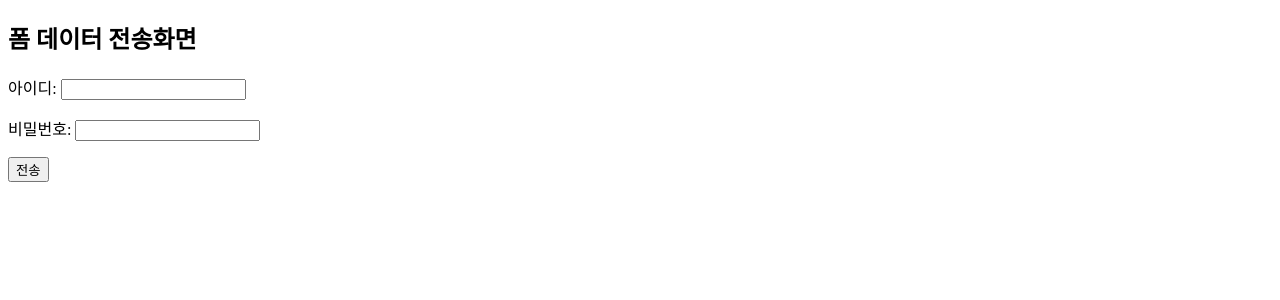
Repository: jihyeon00/java_web_sol
Page: http://localhost/jspweb_07/form_login.jsp
An editor plug-in stored every save of this project. The page is shown before and after the next save, followed by the edit.
The browser window is 1280 px wide. The pictures show the whole page.
The page is served by Tomcat 9.

Above is the page before, as saved 2024-01-11 01:49:56.

After the next save:
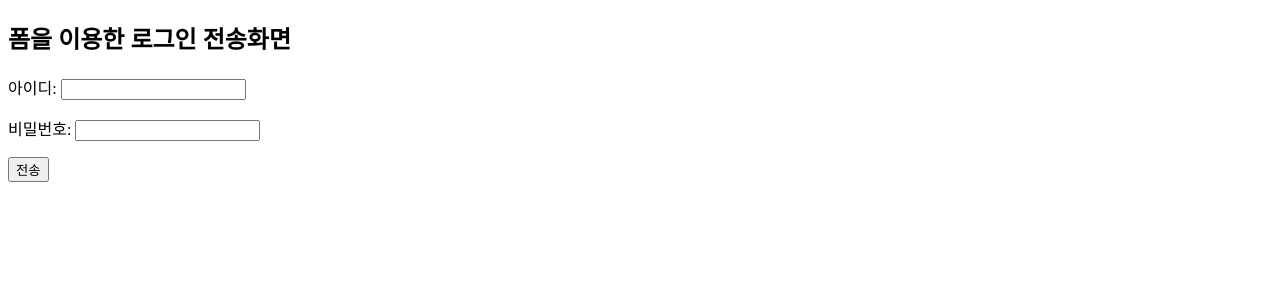
Saved 15 s later.
--- a/workspace_stsb/jspweb_07/src/main/webapp/form_login.jsp
+++ b/workspace_stsb/jspweb_07/src/main/webapp/form_login.jsp
@@ -7,7 +7,7 @@
 <title>Insert title here</title>
 </head>
 <body>
-	<h2>폼 데이터 전송화면</h2>
+	<h2>폼을 이용한 로그인 전송화면</h2>
 
 	<form action="pro_login.jsp" method="post">
 
